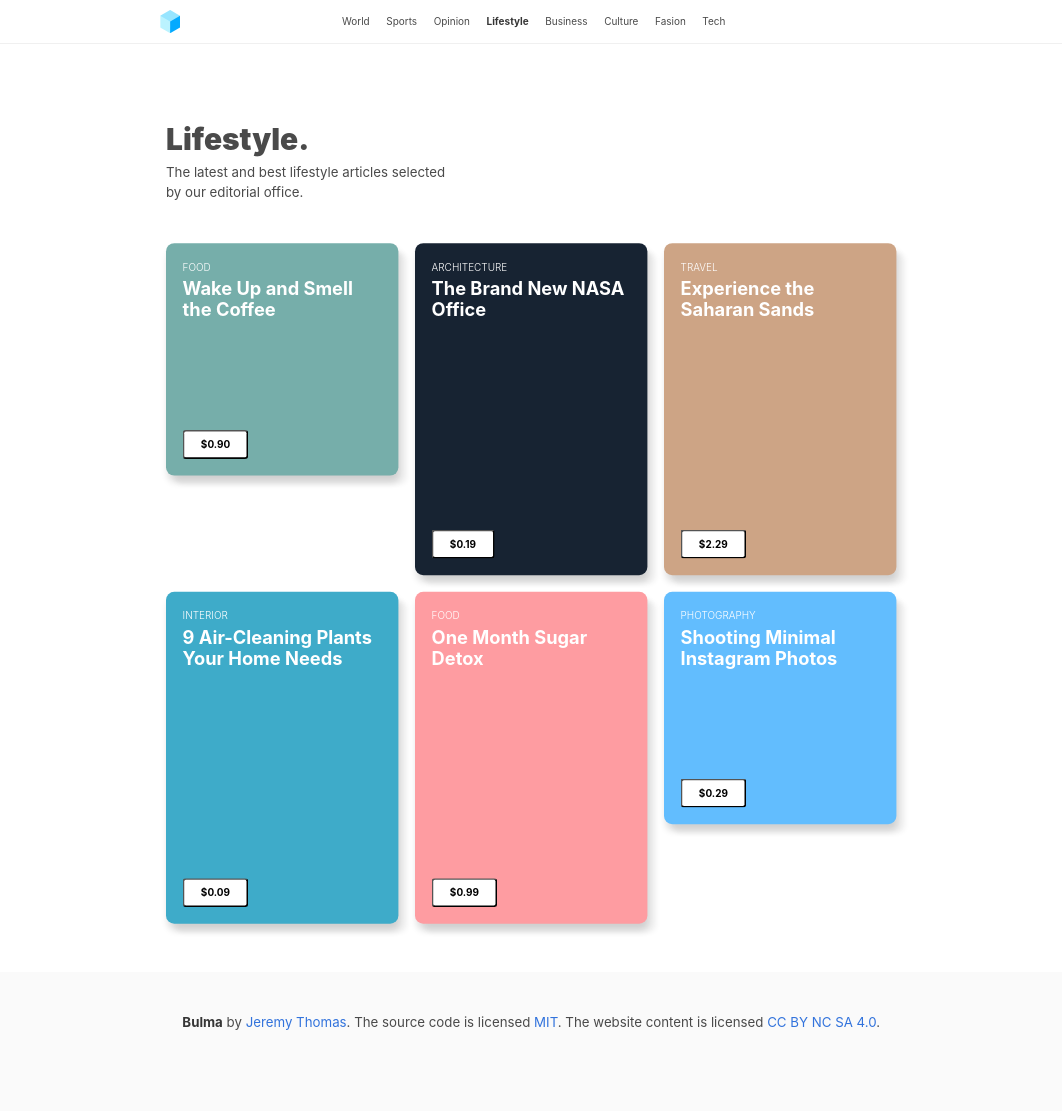
Repository: DOODpls/js_ass1
Page: index.html
The author's editor kept a copy of each file at every save. The page is drawn from the files as they stood at one save, then again after the next save.
The browser window is 1280 px wide. The pictures show the whole page, at 83% of full size.

Above is the page before, as saved 2019-11-22 19:09:30.

After the next save:
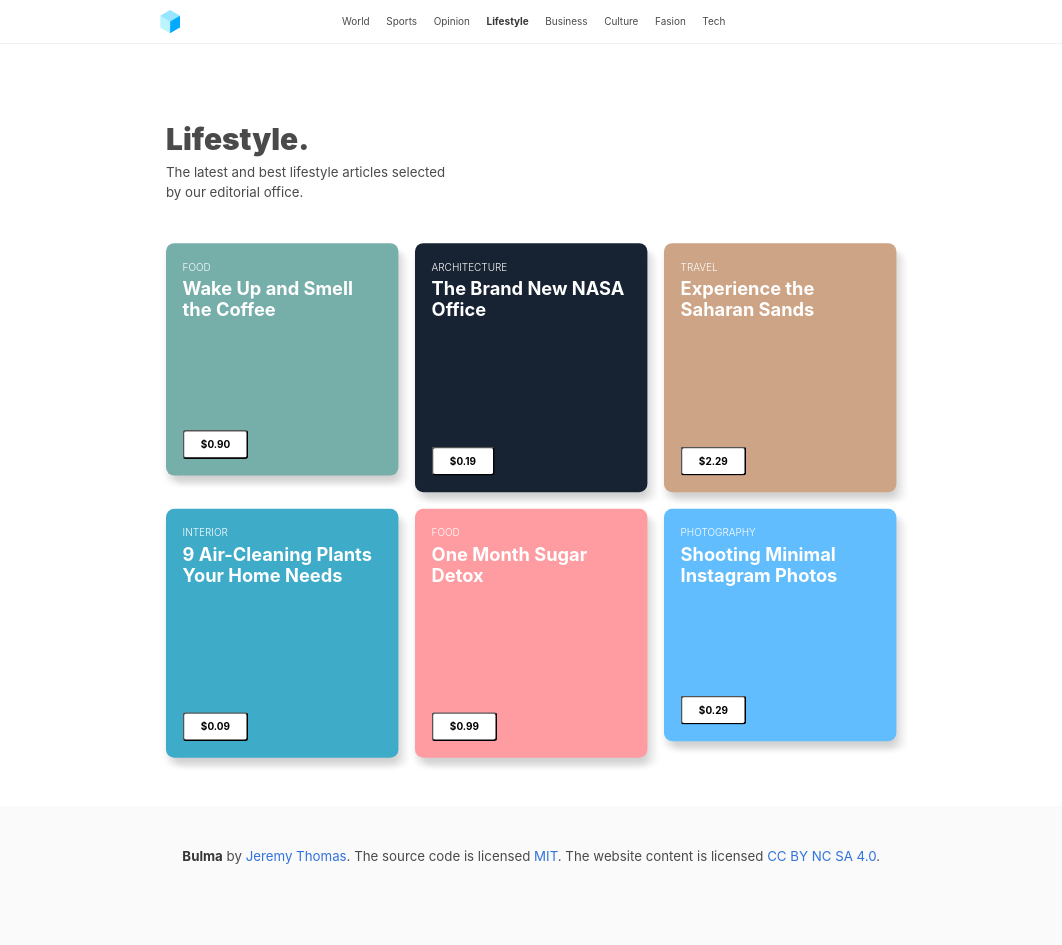
Saved 41 s later.
--- a/app.js
+++ b/app.js
@@ -78,7 +78,7 @@
         } else if(i == 5) {
           divr.style.width = "400px"
         } else {
-          divr.style.height = "400px"
+          divr.style.height = "300px"
         }
         const p1 = document.querySelector('#divtile'+i)
         const pr1 = document.createElement('p')

After the save that followed:
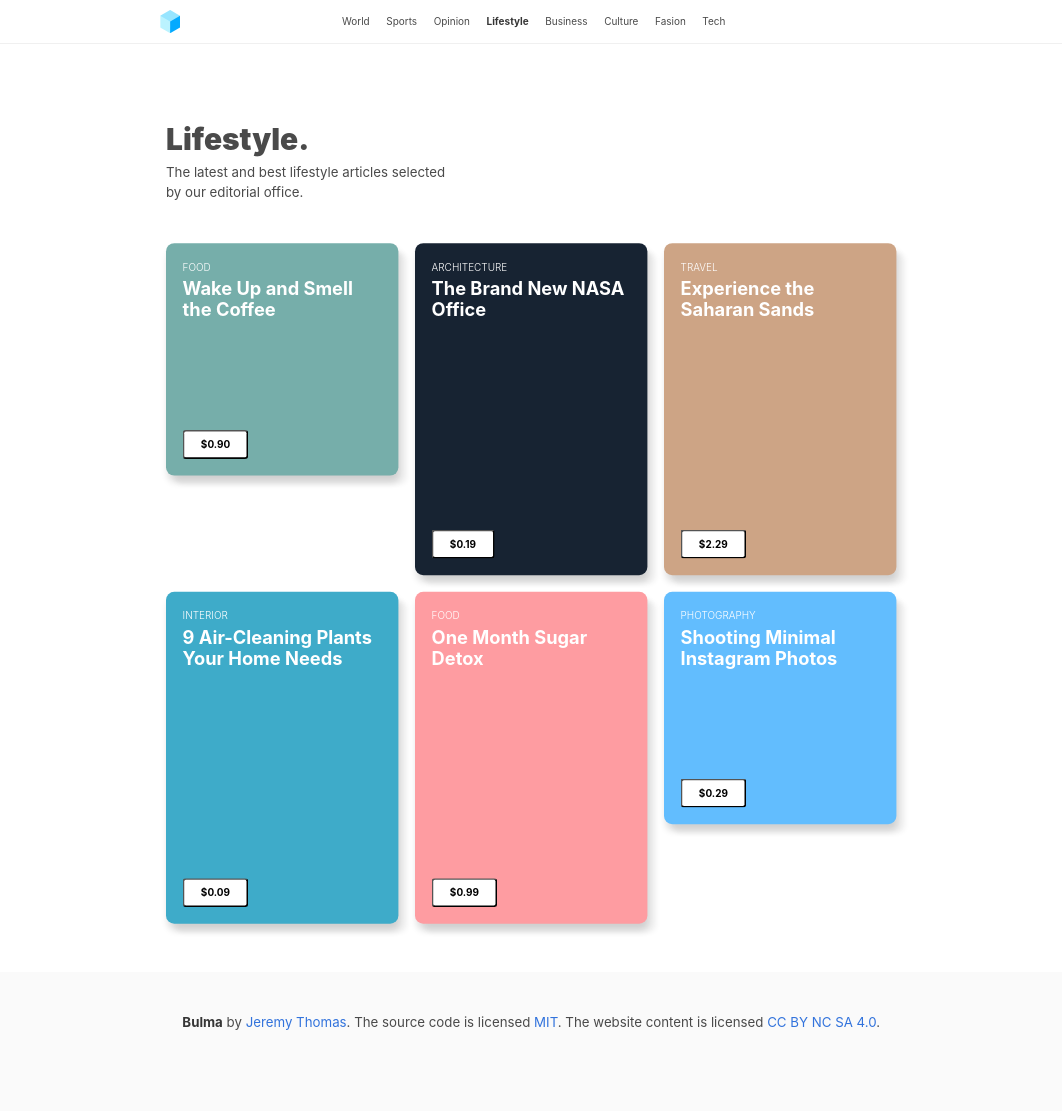
Saved 6 s later.
--- a/app.js
+++ b/app.js
@@ -78,7 +78,7 @@
         } else if(i == 5) {
           divr.style.width = "400px"
         } else {
-          divr.style.height = "300px"
+          divr.style.height = "400px"
         }
         const p1 = document.querySelector('#divtile'+i)
         const pr1 = document.createElement('p')
